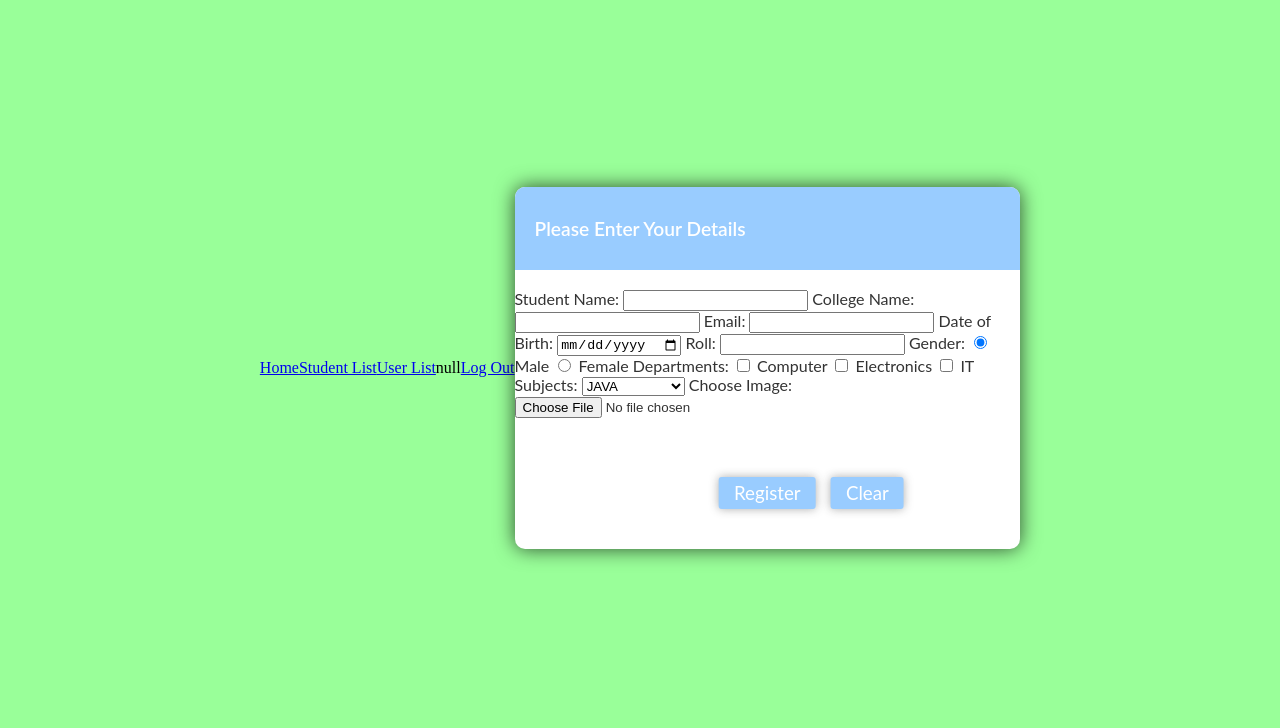
Repository: AmritOjha01/sms
Page: http://localhost/StudentManagementSystem/studentForm.jsp
An editor plug-in stored every save of this project. The page is shown before and after the next save, followed by the edit.
The browser window is 1280 px wide. The pictures show the whole page.
The page is served by Tomcat 9. Other server files are loaded and not shown. The template is opened directly, without the code that normally fills it, so the values that code supplies are empty.

Above is the page before, as saved 2017-03-26 11:12:00.

### StudentManagementSystem/WebContent/studentForm.jsp
<%@ page language="java" contentType="text/html; charset=ISO-8859-1"
	pageEncoding="ISO-8859-1"%>
<%@ taglib uri="http://java.sun.com/jsp/jstl/core" prefix="c"%>
<!DOCTYPE html>
<html>
<head>
<meta http-equiv="Content-Type" content="text/html; charset=ISO-8859-1">
<link rel="stylesheet" href="resources/CSS/RStyle.css">
<title>Insert title here</title>
<%@ include file="header.jsp"%>
</head>
<body>
	<form action="StudentController" method="post" enctype="multipart/form-data">
		<header>Please Enter Your Details</header>
		<br> <input type="hidden" name="id" value="${student.id }"
			readonly="readonly" />

			<label>Student Name: </label> <input type="text" name="sName"
				value="${student.studentName}" />


			<label>College Name: </label> <input type="text" name="cName"
				value="${student.collegeName}" />
			<label>Email: </label> <input type="email" name="email"
				value="${student.email}" />
			<label>Date of Birth: </label> <input type="date" name="dob"
				value="${student.dob}" />
			<label>Roll: </label> <input type="number" name="roll"
				value="${student.roll}" />

			<c:set var="gender" value="${student.gender }" />
			<label>Gender: </label> <input type="radio" name="gender"
				value="male" checked="checked" /> Male <input type="radio"
				name="gender" value="female" /> Female
			<label>Departments: </label> <input type="checkbox"
				name="departments" value="Computer" /> Computer <input
				type="checkbox" name="departments" value="Electronics" />
			Electronics <input type="checkbox" name="departments" value="IT" />
			IT
			<label>Subjects: </label> <select name="sCombo">
				<option value="java">JAVA</option>
				<option value="android">ANDROID</option>
				<option value="c++">C++</option>
				<option value="swift">SWIFT</option>
				<option value="javascript">JAVASCRIPT</option>
				<option value="net">.NET</option>
			</select>

		</div>
			Choose Image:<input type="file" name="photo" size="10"
				required="required" /><br> <br>

		<div class="newstyle">
			<button value="register" type="submit">Register</button>
			<button value="clear" type="reset">Clear</button>
		</div>

	</form>
</body>
</html>

### StudentManagementSystem/WebContent/header.jsp
<a href="home.jsp">Home</a>
<a href="StudentController?actions=list">Student List</a>
<a href="UserController?action=listUser">User List</a>
<%=session.getAttribute("uname")%>
<a href="LogoutController">Log Out</a>

### StudentManagementSystem/WebContent/resources/customcss/RStyle.css
@CHARSET "ISO-8859-1";

html, body {
  border: 10;
  padding: 10;
  margin: 10;
  height: 100%;
}

body {
  background: #99ff99;
  display: flex;
  justify-content: center;
  align-items: center;
  font-size: 16px;
}

form {
  background: white;
  width: 40%;
  box-shadow: 0px 0px 20px rgba(0, 0, 0, 0.7);
  font-family: lato;
  position: relative;
  color: #333;
  border-radius: 10px;
}
form header {
  background: #99ccff;
  padding: 30px 20px;
  color: white;
  font-size: 1.2em;
  font-weight: 600;
  border-radius: 10px 10px 0 0;
}
form .newstyle {

  padding: 10px 10px;
  display: block;
  font-size: 0.9em;
  font-weight: 800;
  border-radius: 15px 15px 0 0;
}
form button {
  position: relative;
  margin-top: 30px;
  margin-bottom: 30px;
  left: 50%;
  transform: translate(-50%, 0);
  font-family: inherit;
  color: white;
  background: #99ccff;
  outline: none;
  border: none;
  padding: 5px 15px;
  font-size: 1.3em;
  font-weight: 400;
  border-radius: 3px;
  box-shadow: 0px 0px 10px rgba(51, 51, 51, 0.4);
  cursor: pointer;
  transition: all 0.15s ease-in-out;
}

form button:hover {
  background: #ff5252;
}

After the next save:
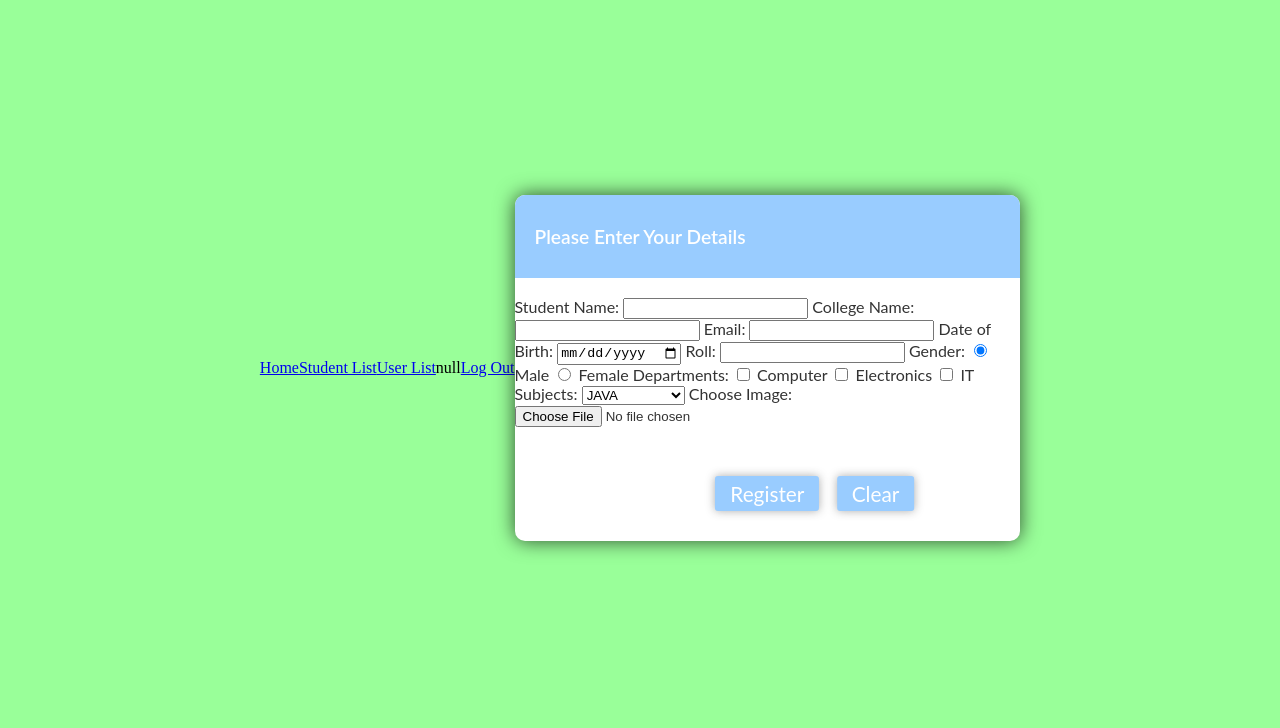
Saved 9 s later.
--- a/StudentManagementSystem/WebContent/studentForm.jsp
+++ b/StudentManagementSystem/WebContent/studentForm.jsp
@@ -46,14 +46,11 @@
 				<option value="net">.NET</option>
 			</select>
 
-		</div>
 			Choose Image:<input type="file" name="photo" size="10"
 				required="required" /><br> <br>
 
-		<div class="newstyle">
 			<button value="register" type="submit">Register</button>
 			<button value="clear" type="reset">Clear</button>
-		</div>
 
 	</form>
 </body>
